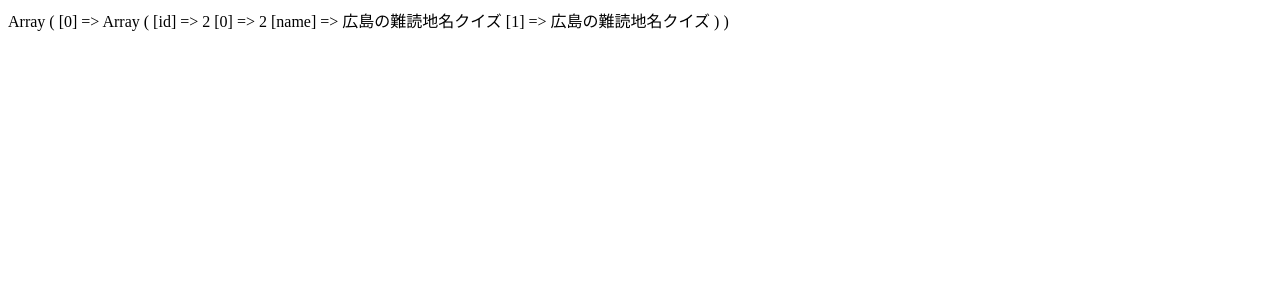
Repository: posse-ap/gen2.0-akira1515
Page: http://localhost/www/html/db_connect.php
The author's editor kept a copy of each file at every save. The page is drawn from the files as they stood at one save, then again after a run of saves.
The browser window is 1280 px wide. The pictures show the whole page.
The page is run by PHP 8.4 with error messages shown; the project is at /var/www/html/. The database holds what the project's SQL file puts in it.

Above is the page before, as saved 2021-12-24 16:02:58.

After the next 3 saves:
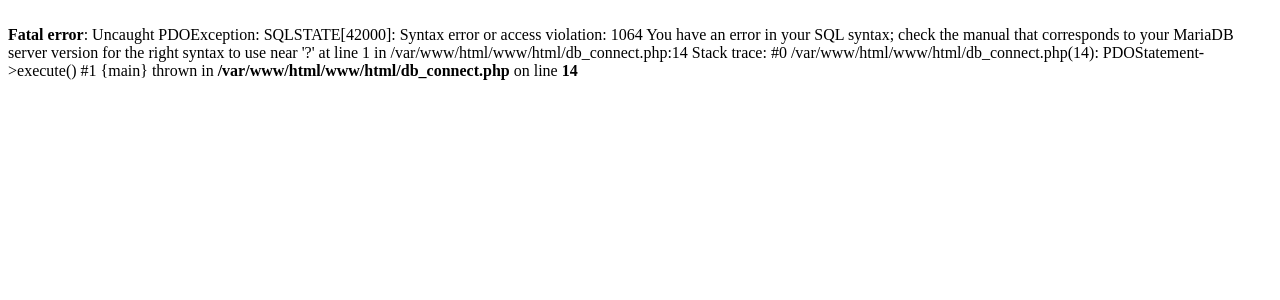
The 3 saves are shown as one change because they came seconds apart.
The last was saved 25 s later.
--- a/www/html/db_connect.php
+++ b/www/html/db_connect.php
@@ -4,11 +4,11 @@ $pdo = new PDO('mysql:dbname=quizy; host=db;' , 'root', 'secret');
 $pdo->query('SET NAMES utf8;');
 
 // 2.実行したいSQL文をセットする。
-$stmt = $pdo->prepare('SELECT * FROM big_questions WHERE id = :id' );
+$stmt = $pdo->prepare('SELECT * FROM big_questions WHERE id = ?' );
 
 // 3.SQLに対してパラメーターをセットする。【任意】(可変する部分の受け皿)
 // $stmt->bindValue(':mail_address', $mail_address, PDO::PARAM_STR);
-$stmt->bindValue(':id', 2);
+// $stmt->bindValue(':id', 2);
 
 // 4.実際にSQLを実行する。
 $stmt->execute(); //prepareの時に発射させるもの
